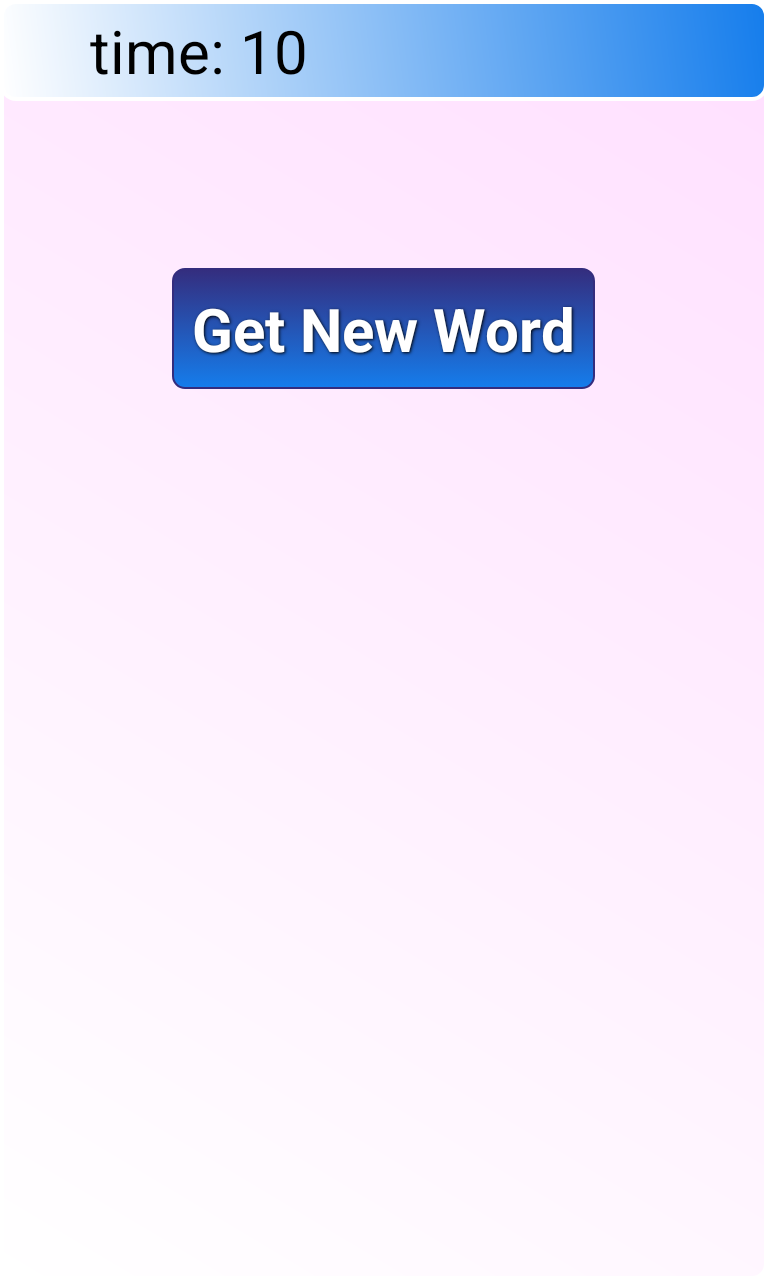
Repository: tvergilio/android
Layout: GoogleItDb/res/layout/activity_main.xml
An editor plug-in stored every save of this project. The layout is shown before and after the next save, followed by the edit.
It is drawn on a 768 x 1280 px phone screen (xhdpi) without system bars, with theme AppTheme; the app's code is not run. Lists and similar views that code fills are empty.

Above is the layout before, as saved 2014-02-15 23:26:54.

After the next save:
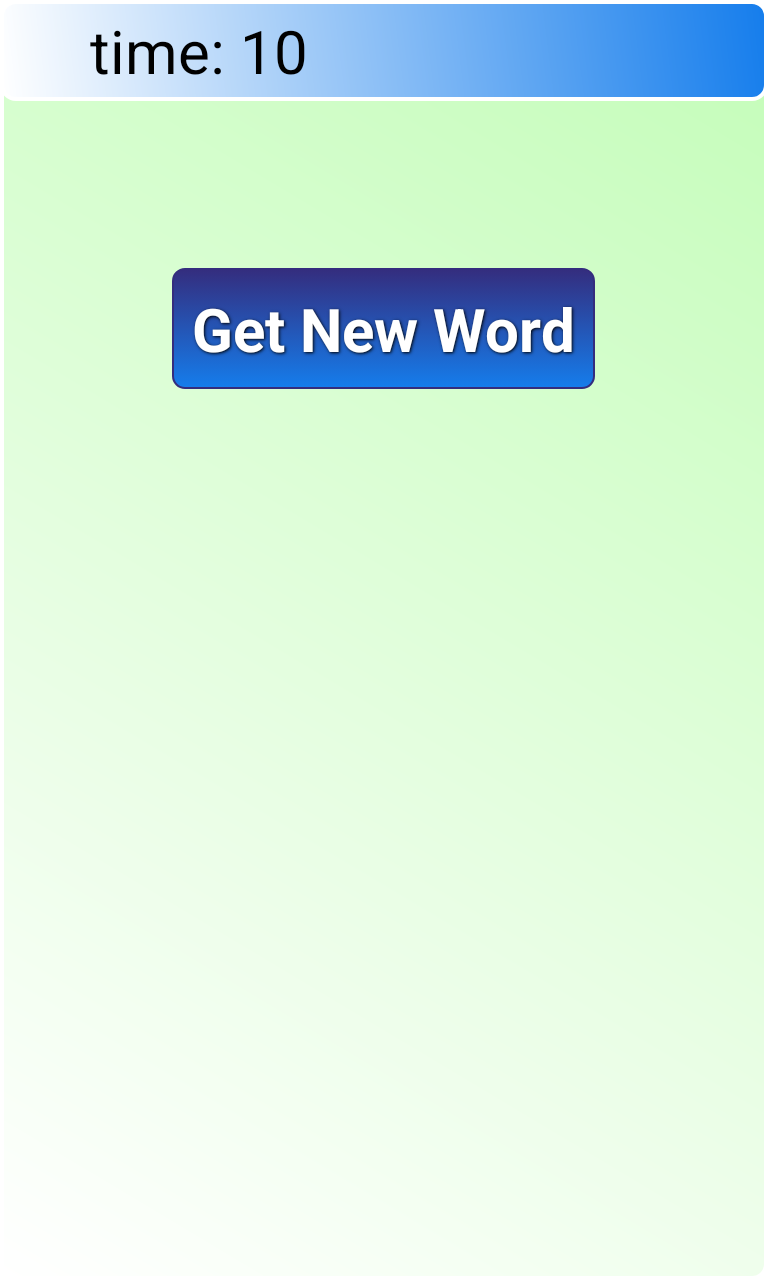
Saved 3 min 24 s later.
--- a/GoogleItDb/res/values/colors.xml
+++ b/GoogleItDb/res/values/colors.xml
@@ -4,6 +4,7 @@
     <color name="ginger_brown">#C9BE62</color>
     <color name="midnight_blue">#151B54</color>
     <color name="dark_slate_blue">#2B3856</color>
+    <color name="light_jade">#C3FDB8</color>
     <color name="blue_whale">#342D7E</color>
     <color name="light_pink">#FFDFFF</color>
     <color name="green">#00FF00</color>
--- a/GoogleItDb/res/drawable-hdpi/rectangle.xml
+++ b/GoogleItDb/res/drawable-hdpi/rectangle.xml
@@ -2,7 +2,7 @@
 <shape xmlns:android="http://schemas.android.com/apk/res/android"
          android:shape="rectangle">
      <stroke android:width="2dp" android:color="@color/white" />
-     <gradient android:startColor="@color/light_pink" android:endColor="@color/white"
+     <gradient android:startColor="@color/light_jade" android:endColor="@color/white"
             android:angle="225"/>
 
     <corners android:bottomRightRadius="7dp" android:bottomLeftRadius="7dp"
